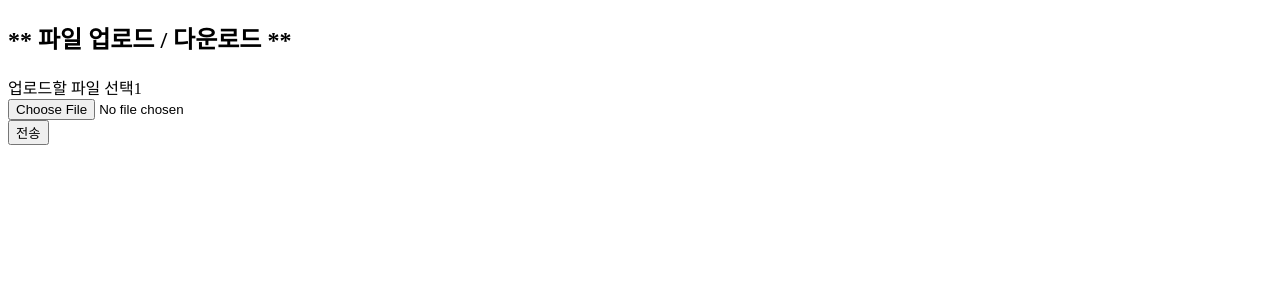
Repository: offbr/Spring
Page: http://localhost/spring_mvc22_file/upload
The author's editor kept a copy of each file at every save. The page is drawn from the files as they stood at one save, then again after the next save.
The browser window is 1280 px wide. The pictures show the whole page.
The page is served by Tomcat 9. Other server files are loaded and not shown.

Above is the page before, as saved 2016-10-18 01:04:10.

### spring_mvc22_file/src/main/webapp/WEB-INF/view/uploadform.jsp
<%@ page language="java" contentType="text/html; charset=UTF-8"
    pageEncoding="UTF-8"%>
<%@ taglib prefix="form" uri="http://www.springframework.org/tags/form" %>
<!DOCTYPE html>
<html>
<head>
<meta http-equiv="Content-Type" content="text/html; charset=UTF-8">
<title>Insert title here</title>
</head>
<body>
<h2>** 파일 업로드 / 다운로드 **</h2>
업로드할 파일 선택1<br>
<form:form>
<input type="file" name="file"><br>
<form:errors path="file" cssStyle="Color:red" />
<input type="submit" value="전송" />
</form:form>
</body>
</html>

After the next save:
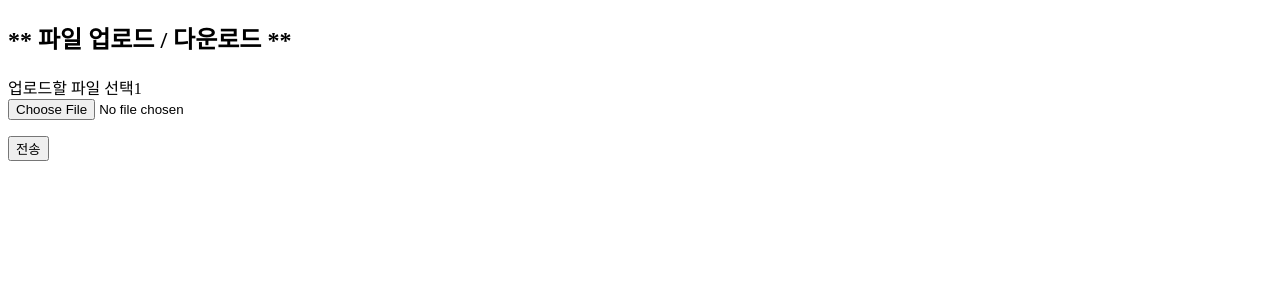
Saved 8 s later.
--- a/spring_mvc22_file/src/main/webapp/WEB-INF/view/uploadform.jsp
+++ b/spring_mvc22_file/src/main/webapp/WEB-INF/view/uploadform.jsp
@@ -12,7 +12,7 @@
 업로드할 파일 선택1<br>
 <form:form>
 <input type="file" name="file"><br>
-<form:errors path="file" cssStyle="Color:red" />
+<p><form:errors path="file" cssStyle="Color:red" /></p>
 <input type="submit" value="전송" />
 </form:form>
 </body>
